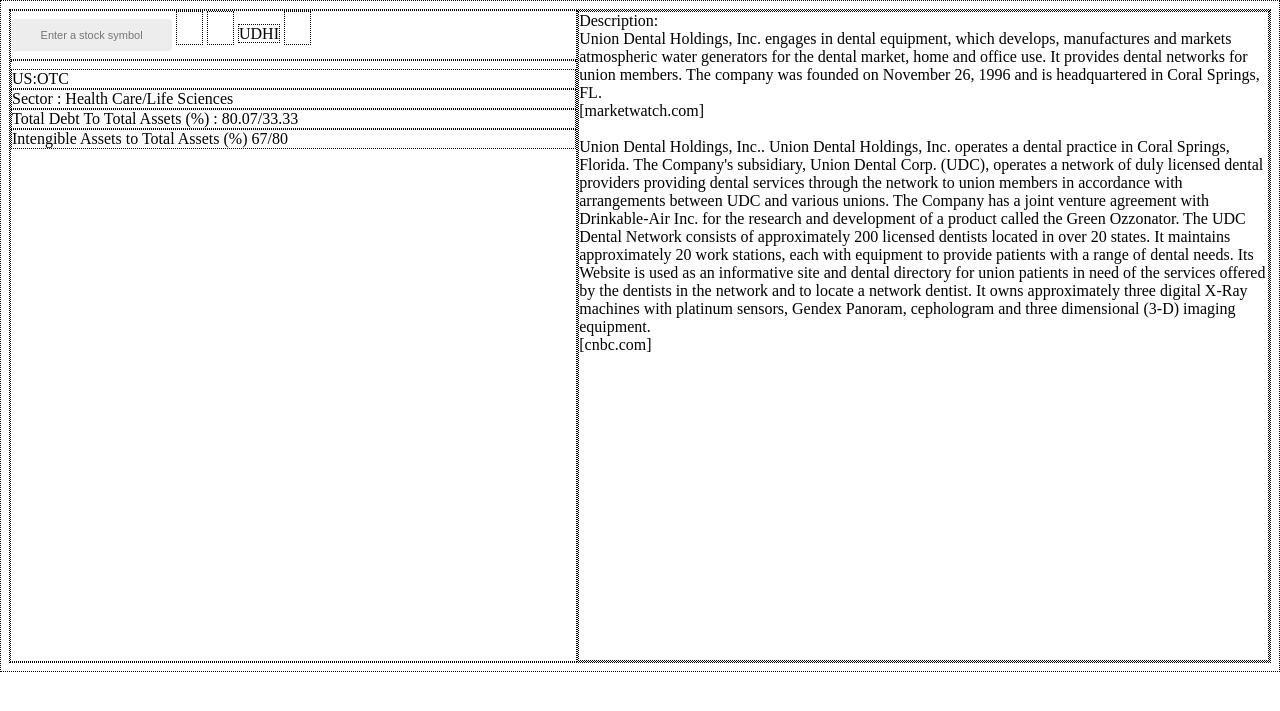
Repository: hadi4172/halal-stock-scanner
Page: popup.html
An editor plug-in stored every save of this project. The page is shown before and after the next save, followed by the edit.
The browser window is 1280 px wide. The pictures show the whole page.

Above is the page before, as saved 2020-09-24 18:11:14.

After the next save:
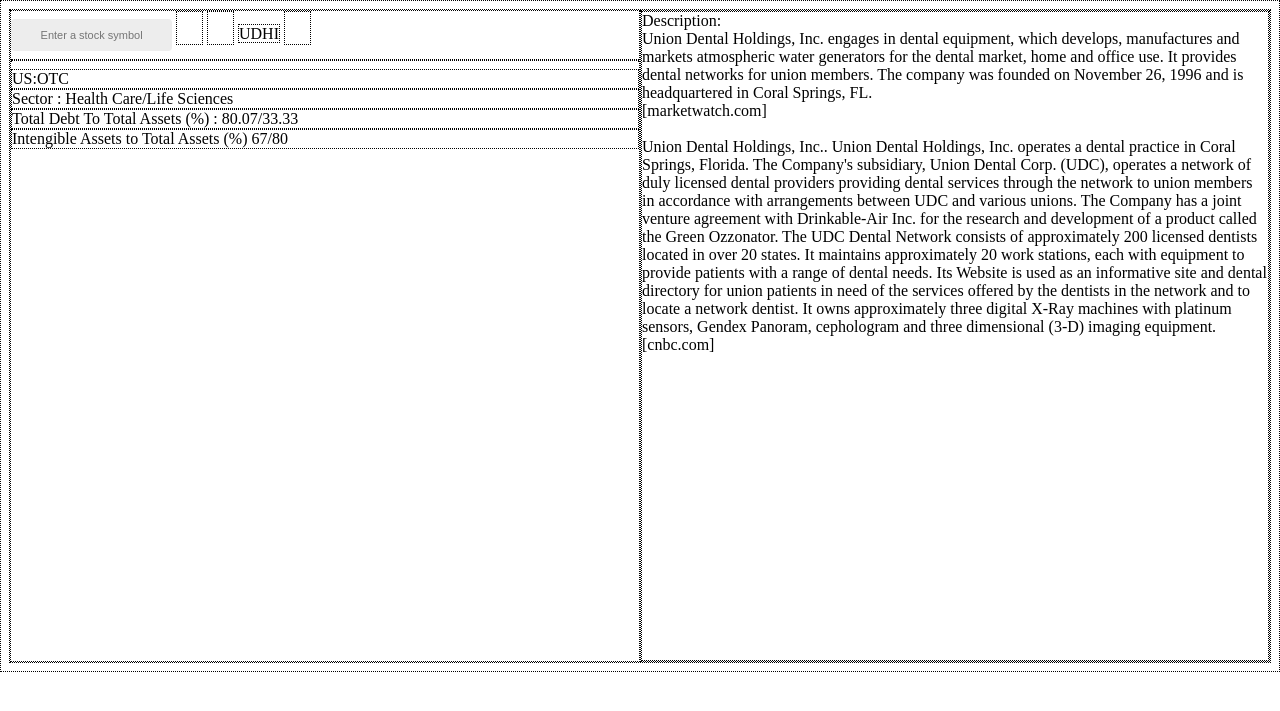
Saved 13 s later.
--- a/popup.css
+++ b/popup.css
@@ -7,11 +7,11 @@
 }
 
 #right{
-    width:55%
+    width:50%
 }
 
 #left{
-    width:45%
+    width:50%
 }
 
 #description{
